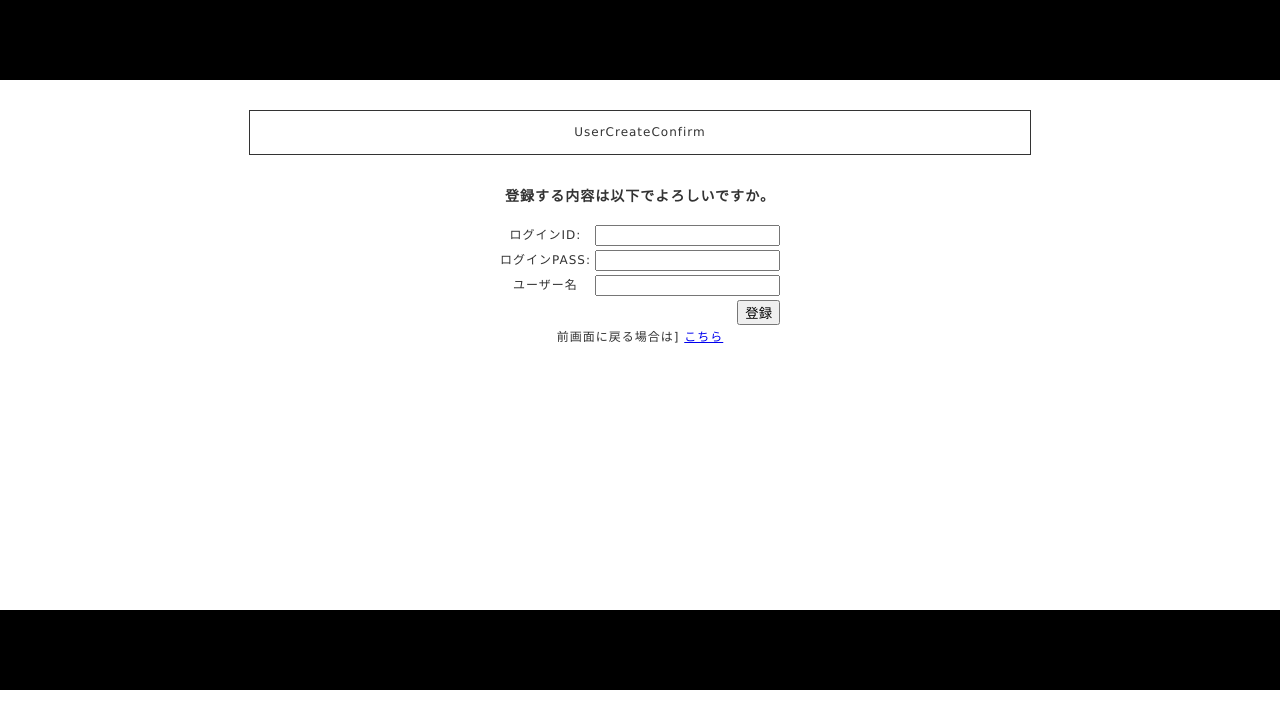
Repository: RYOYAEGAWA/test
Page: http://localhost/template/userCreateConfirm.jsp
The author's editor kept a copy of each file at every save. The page is drawn from the files as they stood at one save, then again after the next save.
The browser window is 1280 px wide. The pictures show the whole page.
The page is served by Tomcat 9.

Above is the page before, as saved 2018-05-08 04:17:31.

After the next save:
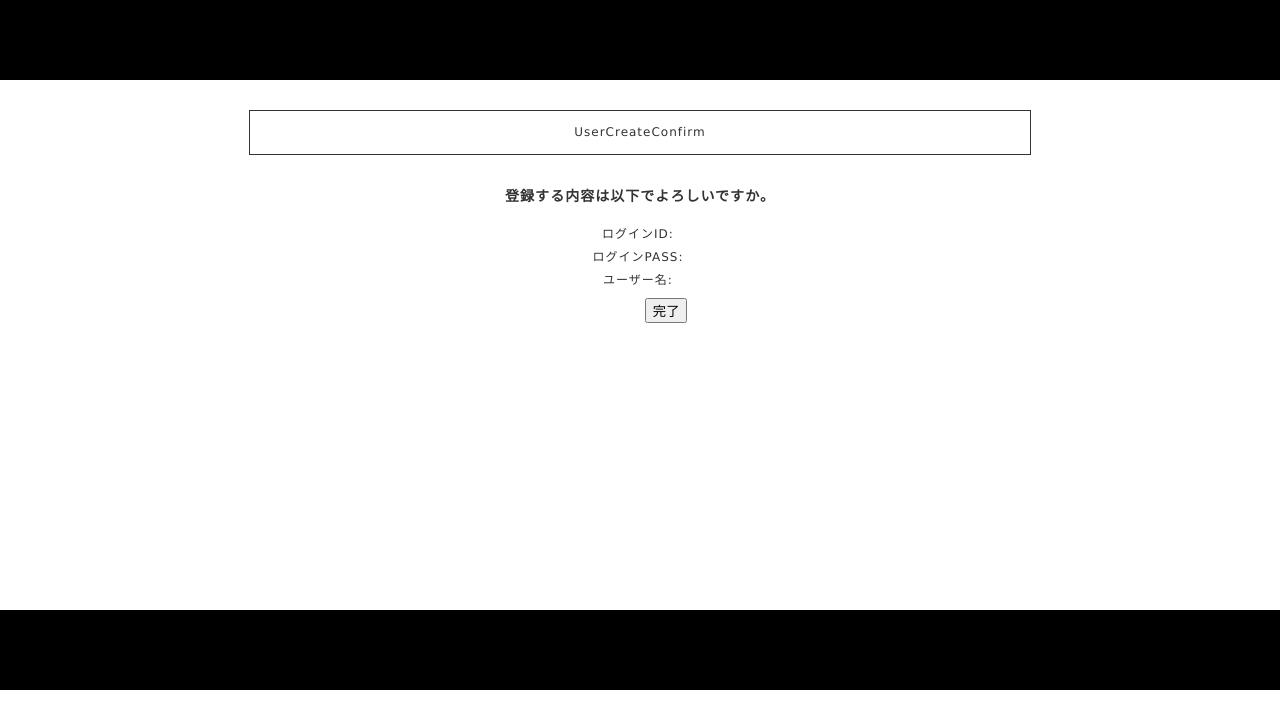
Saved 5 min 47 s later.
--- a/java/Eclipse_Data/template/WebContent/userCreateConfirm.jsp
+++ b/java/Eclipse_Data/template/WebContent/userCreateConfirm.jsp
@@ -73,44 +73,43 @@
 				<h3>登録する内容は以下でよろしいですか。</h3>
 				<table>
 				<s:form action="UserCreateCompleteAction">
-				<tr>
+				<tr id="box">
 						<td>
 								<label>ログインID:</label>
 						</td>
 						<td>
-								<input type="text" name="loginUserId" value=""/>
+								<s:property value="loginUserId" escape="false"/>
+						</td>
+				</tr>
+				<tr id="box">
+						<td>
+								<label>ログインPASS:</label>
+						</td>
+						<td>
+								<s:property value="loginPassword" escape="false"/>
+						</td>
+				</tr>
+				<tr id="box">
+						<td>
+								<label>ユーザー名:</label>
+						</td>
+						<td>
+								<s:property value="userName" escape="false" />
 						</td>
 				</tr>
 				<tr>
 						<td>
-								<label>ログインPASS:</label>
-						</td>
-						<td>
-								<input type="text" name="loginassword" value=""/>
+								<s:submit value="完了" />
 						</td>
 				</tr>
-				<tr>
-						<td>
-								<label>ユーザー名</label>
-						</td>
-						<td>
-								<input type="text" name="userName" value="" />
-						</td>
-				</tr>
-				<s:submit value="登録"/>
 			</s:form>
-
-
-			</table>
-			<div>
-					<span>前画面に戻る場合は</span>]
-					<a href='<s:url action="HomeAction" />'>こちら</a>
-			</div>
-		</div>
+		</table>
 	</div>
-	<div id = "footer">
+	</div>
+	<div id="footer">
 			<div id="pr">
 			</div>
-    </div>
+	</div>
+
  </body>
 </html>
